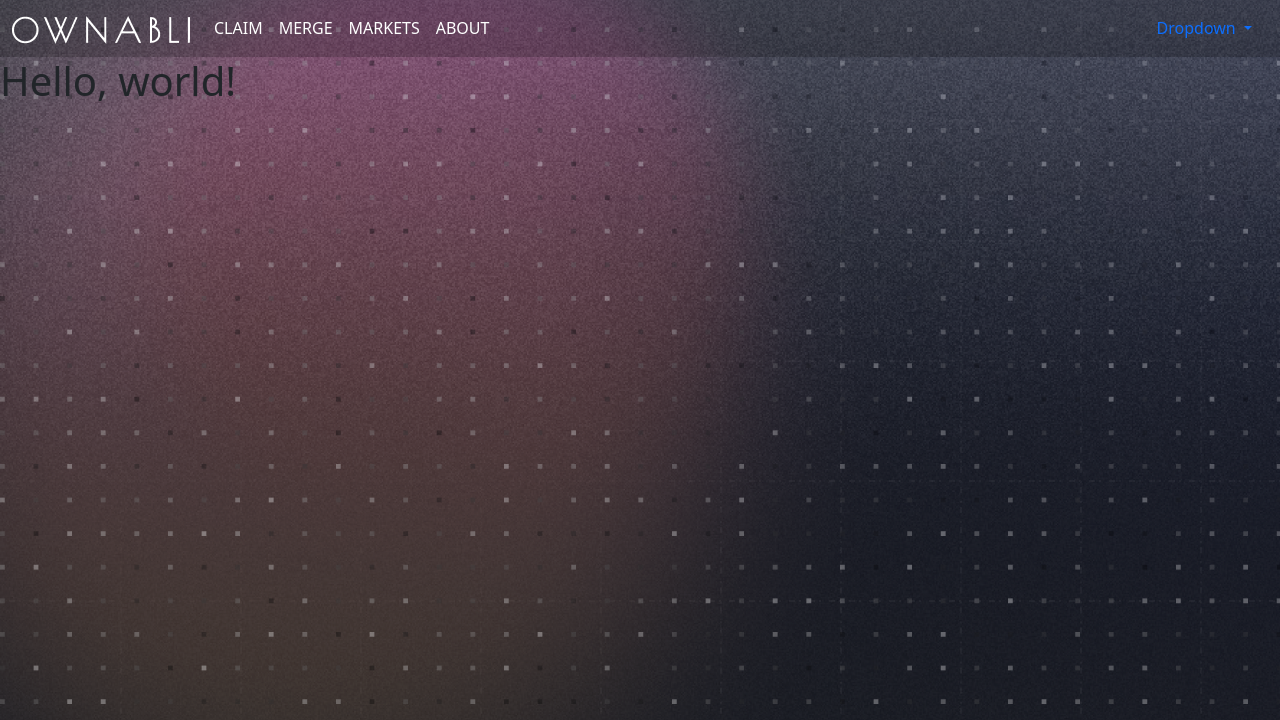
Repository: Rio-dapp/colors-nft
Page: website/index.html
The author's editor kept a copy of each file at every save. The page is drawn from the files as they stood at one save, then again after the next save.
The browser window is 1280 px wide. The pictures show the whole page.

Above is the page before, as saved 2022-04-22 11:57:12.

After the next save:
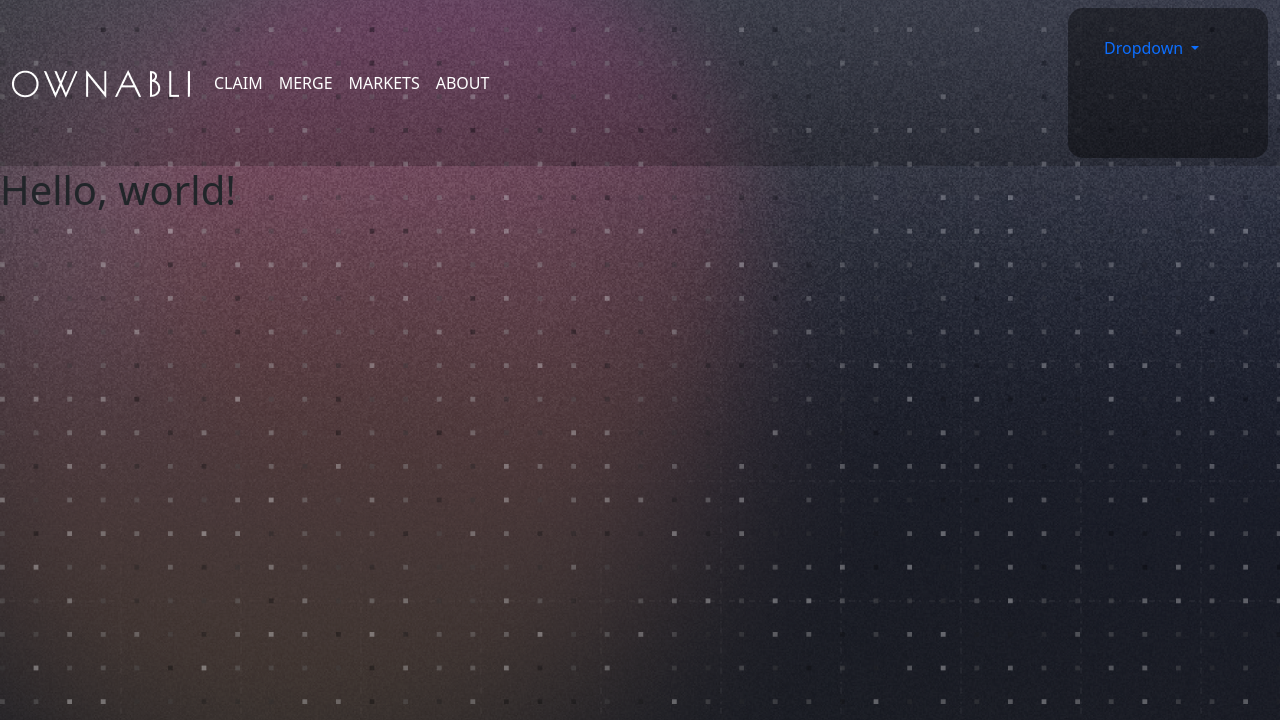
Saved 41 s later.
--- a/website/index.html
+++ b/website/index.html
@@ -35,7 +35,7 @@
 
 
             </ul>
-            <form class="d-flex">
+              <div class="blockchain-selector">
               <a class="nav-link dropdown-toggle" href="#" id="navbarDropdown" role="button" data-bs-toggle="dropdown" aria-expanded="false">
                 Dropdown
               </a>
@@ -46,7 +46,7 @@
                 <li><a class="dropdown-item" href="#">Something else here</a></li>
               </ul>
             </li>
-            </form>
+          </div>
           </div>
         </div>
       </nav>
